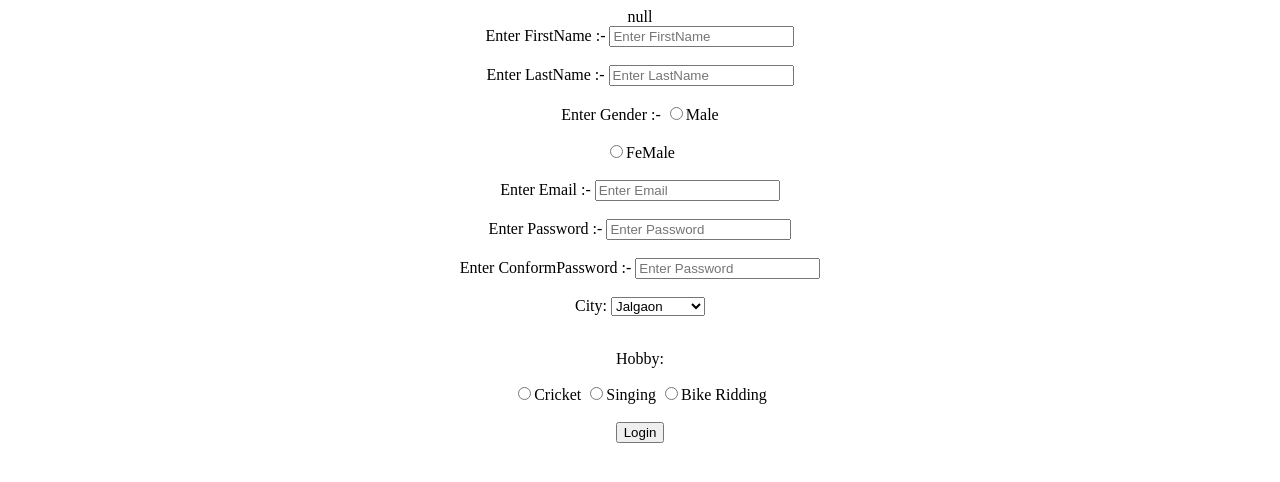
Repository: shzkhar/ISM_ADV_JAVA_23
Page: http://localhost/JSPRegiDemo/Regi.jsp
These files come from the project's save history. The page is drawn as it stood at one moment and after the next save; the edit follows.
The browser window is 1280 px wide. The pictures show the whole page.
The page is served by Tomcat 9.

Above is the page before, as saved 2023-04-02 13:06:48.

After the next save:
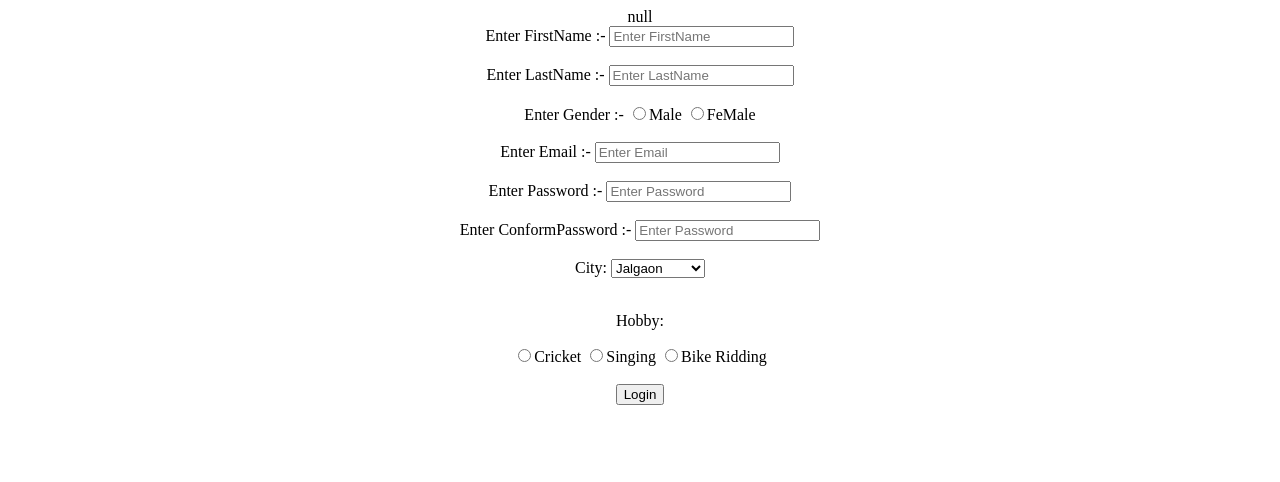
Saved 24 s later.
--- a/JSPRegiDemo/src/main/webapp/Regi.jsp
+++ b/JSPRegiDemo/src/main/webapp/Regi.jsp
@@ -13,7 +13,7 @@
     <form action="Registration" method="post">
             Enter FirstName :- <input type="text" name="firstname" placeholder="Enter FirstName"/><br><br>
             Enter LastName :- <input type="text" name="lastname" placeholder="Enter LastName"/><br><br>
-            Enter Gender :- <input type="radio" name="gender" value="male"/>Male <br><br>
+            Enter Gender :- <input type="radio" name="gender" value="male"/>Male
                             <input type="radio" name="gender" value="female"/>FeMale <br><br>
             Enter Email :- <input type="text" name="email" placeholder="Enter Email"/><br><br>
             Enter Password :- <input type="password" name="pass" placeholder="Enter Password"/><br><br>
